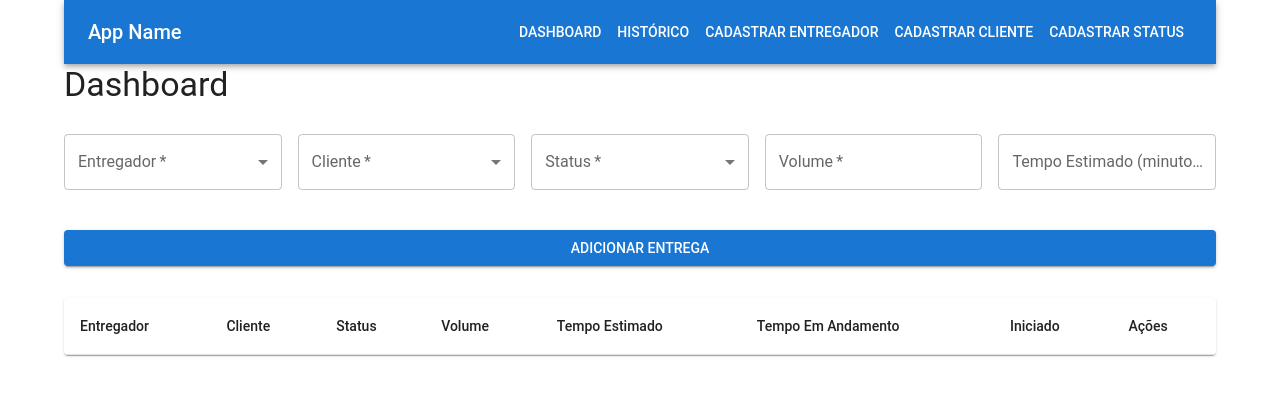
Repository: feliperanon/mobilegestao
Page: /dashboard (app in frontend/)
These files come from the project's save history. The page is drawn as it stood at one moment and after the next save; the edit follows.
The browser window is 1280 px wide. The pictures show the whole page.
The page's requests for data from a server got no answer. The project was rebuilt for these pictures with package versions that can differ from the ones it lists, and the page was loaded fresh each time. No one was signed in, and anything a server would have sent is missing. Also part of the build but not shown: frontend/webpack.config.js, frontend/src/pages/Home.js, frontend/src/pages/History.js, frontend/src/pages/Analysis.js, frontend/src/components/Login.js, frontend/src/components/Register.js, frontend/src/components/AddEntregador.js, frontend/src/components/AddCliente.js and 1 more.

Above is the page before, as saved 2024-07-14 21:43:06.

After the next save:
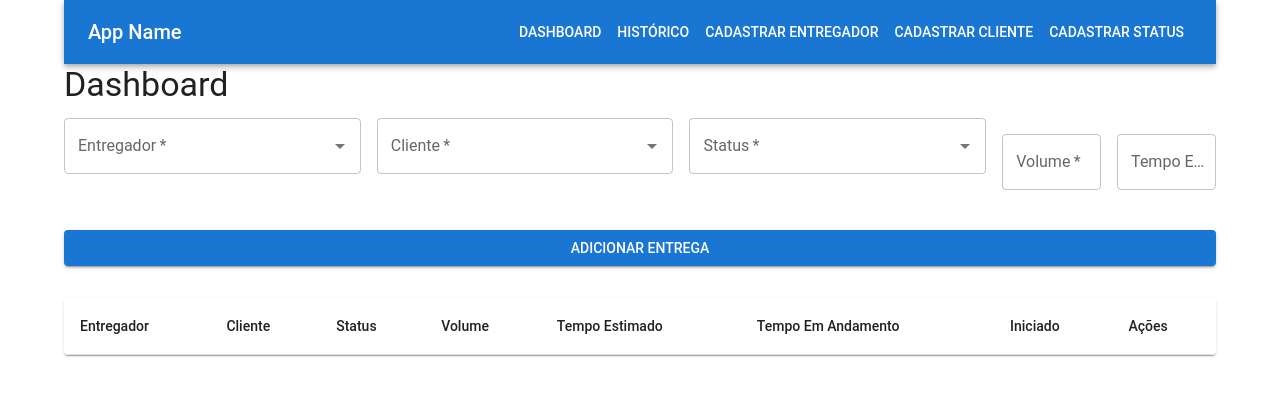
Saved 3 min 19 s later.
--- a/frontend/src/components/Dashboard.js
+++ b/frontend/src/components/Dashboard.js
@@ -13,13 +13,13 @@
   TableHead,
   TableRow,
   Paper,
-  MenuItem,
   IconButton,
   Dialog,
   DialogActions,
   DialogContent,
   DialogContentText,
   DialogTitle,
+  Autocomplete,
 } from '@mui/material';
 import EditIcon from '@mui/icons-material/Edit';
 import DeleteIcon from '@mui/icons-material/Delete';
@@ -31,9 +31,9 @@
   const [entregadores, setEntregadores] = useState([]);
   const [clientes, setClientes] = useState([]);
   const [statusList, setStatusList] = useState([]);
-  const [entregador, setEntregador] = useState('');
-  const [cliente, setCliente] = useState('');
-  const [status, setStatus] = useState('');
+  const [entregador, setEntregador] = useState(null);
+  const [cliente, setCliente] = useState([]);
+  const [status, setStatus] = useState(null);
   const [volume, setVolume] = useState('');
   const [tempoEstimado, setTempoEstimado] = useState('');
   const [editDialogOpen, setEditDialogOpen] = useState(false);
@@ -77,9 +77,9 @@
     e.preventDefault();
     try {
       const res = await axios.post('http://localhost:5008/api/deliveries', {
-        entregador,
-        cliente,
-        status,
+        entregador: entregador.nome,
+        cliente: cliente.map(cli => cli.nome),
+        status: status.nome,
         volume,
         tempoEstimado,
       });
@@ -87,9 +87,9 @@
         ...res.data,
         tempoEmAndamento: 0
       }, ...deliveries]);
-      setEntregador('');
-      setCliente('');
-      setStatus('');
+      setEntregador(null);
+      setCliente([]);
+      setStatus(null);
       setVolume('');
       setTempoEstimado('');
     } catch (err) {
@@ -152,54 +152,31 @@
         Dashboard
       </Typography>
       <Box component="form" onSubmit={handleSubmit} sx={{ mb: 4, display: 'flex', flexDirection: 'row', flexWrap: 'wrap', gap: 2 }}>
-        <TextField
-          select
-          label="Entregador"
+        <Autocomplete
+          options={entregadores}
+          getOptionLabel={(option) => option.nome}
           value={entregador}
-          onChange={(e) => setEntregador(e.target.value)}
-          fullWidth
-          required
-          margin="normal"
-          sx={{ flex: 1 }}
-        >
-          {entregadores.map((ent) => (
-            <MenuItem key={ent._id} value={ent.nome}>
-              {ent.nome}
-            </MenuItem>
-          ))}
-        </TextField>
-        <TextField
-          select
-          label="Cliente"
+          onChange={(e, newValue) => setEntregador(newValue)}
+          renderInput={(params) => <TextField {...params} label="Entregador" required fullWidth />}
+          sx={{ flex: 1.5 }}
+        />
+        <Autocomplete
+          multiple
+          options={clientes}
+          getOptionLabel={(option) => option.nome}
           value={cliente}
-          onChange={(e) => setCliente(e.target.value)}
-          fullWidth
-          required
-          margin="normal"
-          sx={{ flex: 1 }}
-        >
-          {clientes.map((cli) => (
-            <MenuItem key={cli._id} value={cli.nome}>
-              {cli.nome}
-            </MenuItem>
-          ))}
-        </TextField>
-        <TextField
-          select
-          label="Status"
+          onChange={(e, newValue) => setCliente(newValue)}
+          renderInput={(params) => <TextField {...params} label="Cliente" required fullWidth />}
+          sx={{ flex: 1.5 }}
+        />
+        <Autocomplete
+          options={statusList}
+          getOptionLabel={(option) => option.nome}
           value={status}
-          onChange={(e) => setStatus(e.target.value)}
-          fullWidth
-          required
-          margin="normal"
-          sx={{ flex: 1 }}
-        >
-          {statusList.map((stat) => (
-            <MenuItem key={stat._id} value={stat.nome}>
-              {stat.nome}
-            </MenuItem>
-          ))}
-        </TextField>
+          onChange={(e, newValue) => setStatus(newValue)}
+          renderInput={(params) => <TextField {...params} label="Status" required fullWidth />}
+          sx={{ flex: 1.5 }}
+        />
         <TextField
           label="Volume"
           type="number"
@@ -208,7 +185,7 @@
           fullWidth
           required
           margin="normal"
-          sx={{ flex: 1 }}
+          sx={{ flex: 0.5 }}
         />
         <TextField
           label="Tempo Estimado (minutos)"
@@ -218,7 +195,7 @@
           fullWidth
           required
           margin="normal"
-          sx={{ flex: 1 }}
+          sx={{ flex: 0.5 }}
         />
         <Button type="submit" variant="contained" color="primary" sx={{ mt: 2, flexBasis: '100%' }}>
           Adicionar Entrega
@@ -242,7 +219,7 @@
             {deliveries.map((delivery) => (
               <TableRow key={delivery._id}>
                 <TableCell>{delivery.entregador}</TableCell>
-                <TableCell>{delivery.cliente}</TableCell>
+                <TableCell>{delivery.cliente.join(', ')}</TableCell>
                 <TableCell>{delivery.status}</TableCell>
                 <TableCell>{delivery.volume}</TableCell>
                 <TableCell>{delivery.tempoEstimado}</TableCell>
@@ -269,21 +246,13 @@
         <DialogTitle>Editar Entregador</DialogTitle>
         <DialogContent>
           <DialogContentText>Selecione um novo entregador para a entrega.</DialogContentText>
-          <TextField
-            select
-            label="Entregador"
+          <Autocomplete
+            options={entregadores}
+            getOptionLabel={(option) => option.nome}
             value={editEntregador}
-            onChange={(e) => setEditEntregador(e.target.value)}
-            fullWidth
-            required
-            margin="normal"
-          >
-            {entregadores.map((ent) => (
-              <MenuItem key={ent._id} value={ent.nome}>
-                {ent.nome}
-              </MenuItem>
-            ))}
-          </TextField>
+            onChange={(e, newValue) => setEditEntregador(newValue)}
+            renderInput={(params) => <TextField {...params} label="Entregador" required fullWidth />}
+          />
         </DialogContent>
         <DialogActions>
           <Button onClick={closeEditDialog}>Cancelar</Button>

After the save that followed:
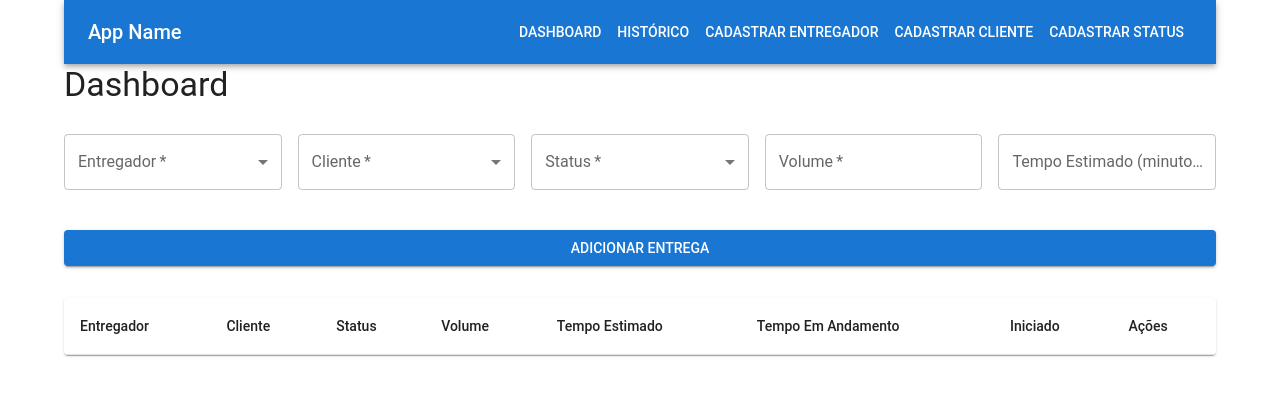
Saved 39 s later.
--- a/frontend/src/components/Dashboard.js
+++ b/frontend/src/components/Dashboard.js
@@ -13,13 +13,13 @@
   TableHead,
   TableRow,
   Paper,
+  MenuItem,
   IconButton,
   Dialog,
   DialogActions,
   DialogContent,
   DialogContentText,
   DialogTitle,
-  Autocomplete,
 } from '@mui/material';
 import EditIcon from '@mui/icons-material/Edit';
 import DeleteIcon from '@mui/icons-material/Delete';
@@ -31,9 +31,9 @@
   const [entregadores, setEntregadores] = useState([]);
   const [clientes, setClientes] = useState([]);
   const [statusList, setStatusList] = useState([]);
-  const [entregador, setEntregador] = useState(null);
-  const [cliente, setCliente] = useState([]);
-  const [status, setStatus] = useState(null);
+  const [entregador, setEntregador] = useState('');
+  const [cliente, setCliente] = useState('');
+  const [status, setStatus] = useState('');
   const [volume, setVolume] = useState('');
   const [tempoEstimado, setTempoEstimado] = useState('');
   const [editDialogOpen, setEditDialogOpen] = useState(false);
@@ -77,9 +77,9 @@
     e.preventDefault();
     try {
       const res = await axios.post('http://localhost:5008/api/deliveries', {
-        entregador: entregador.nome,
-        cliente: cliente.map(cli => cli.nome),
-        status: status.nome,
+        entregador,
+        cliente,
+        status,
         volume,
         tempoEstimado,
       });
@@ -87,9 +87,9 @@
         ...res.data,
         tempoEmAndamento: 0
       }, ...deliveries]);
-      setEntregador(null);
-      setCliente([]);
-      setStatus(null);
+      setEntregador('');
+      setCliente('');
+      setStatus('');
       setVolume('');
       setTempoEstimado('');
     } catch (err) {
@@ -152,31 +152,54 @@
         Dashboard
       </Typography>
       <Box component="form" onSubmit={handleSubmit} sx={{ mb: 4, display: 'flex', flexDirection: 'row', flexWrap: 'wrap', gap: 2 }}>
-        <Autocomplete
-          options={entregadores}
-          getOptionLabel={(option) => option.nome}
+        <TextField
+          select
+          label="Entregador"
           value={entregador}
-          onChange={(e, newValue) => setEntregador(newValue)}
-          renderInput={(params) => <TextField {...params} label="Entregador" required fullWidth />}
-          sx={{ flex: 1.5 }}
-        />
-        <Autocomplete
-          multiple
-          options={clientes}
-          getOptionLabel={(option) => option.nome}
+          onChange={(e) => setEntregador(e.target.value)}
+          fullWidth
+          required
+          margin="normal"
+          sx={{ flex: 1 }}
+        >
+          {entregadores.map((ent) => (
+            <MenuItem key={ent._id} value={ent.nome}>
+              {ent.nome}
+            </MenuItem>
+          ))}
+        </TextField>
+        <TextField
+          select
+          label="Cliente"
           value={cliente}
-          onChange={(e, newValue) => setCliente(newValue)}
-          renderInput={(params) => <TextField {...params} label="Cliente" required fullWidth />}
-          sx={{ flex: 1.5 }}
-        />
-        <Autocomplete
-          options={statusList}
-          getOptionLabel={(option) => option.nome}
+          onChange={(e) => setCliente(e.target.value)}
+          fullWidth
+          required
+          margin="normal"
+          sx={{ flex: 1 }}
+        >
+          {clientes.map((cli) => (
+            <MenuItem key={cli._id} value={cli.nome}>
+              {cli.nome}
+            </MenuItem>
+          ))}
+        </TextField>
+        <TextField
+          select
+          label="Status"
           value={status}
-          onChange={(e, newValue) => setStatus(newValue)}
-          renderInput={(params) => <TextField {...params} label="Status" required fullWidth />}
-          sx={{ flex: 1.5 }}
-        />
+          onChange={(e) => setStatus(e.target.value)}
+          fullWidth
+          required
+          margin="normal"
+          sx={{ flex: 1 }}
+        >
+          {statusList.map((stat) => (
+            <MenuItem key={stat._id} value={stat.nome}>
+              {stat.nome}
+            </MenuItem>
+          ))}
+        </TextField>
         <TextField
           label="Volume"
           type="number"
@@ -185,7 +208,7 @@
           fullWidth
           required
           margin="normal"
-          sx={{ flex: 0.5 }}
+          sx={{ flex: 1 }}
         />
         <TextField
           label="Tempo Estimado (minutos)"
@@ -195,7 +218,7 @@
           fullWidth
           required
           margin="normal"
-          sx={{ flex: 0.5 }}
+          sx={{ flex: 1 }}
         />
         <Button type="submit" variant="contained" color="primary" sx={{ mt: 2, flexBasis: '100%' }}>
           Adicionar Entrega
@@ -219,7 +242,7 @@
             {deliveries.map((delivery) => (
               <TableRow key={delivery._id}>
                 <TableCell>{delivery.entregador}</TableCell>
-                <TableCell>{delivery.cliente.join(', ')}</TableCell>
+                <TableCell>{delivery.cliente}</TableCell>
                 <TableCell>{delivery.status}</TableCell>
                 <TableCell>{delivery.volume}</TableCell>
                 <TableCell>{delivery.tempoEstimado}</TableCell>
@@ -246,13 +269,21 @@
         <DialogTitle>Editar Entregador</DialogTitle>
         <DialogContent>
           <DialogContentText>Selecione um novo entregador para a entrega.</DialogContentText>
-          <Autocomplete
-            options={entregadores}
-            getOptionLabel={(option) => option.nome}
+          <TextField
+            select
+            label="Entregador"
             value={editEntregador}
-            onChange={(e, newValue) => setEditEntregador(newValue)}
-            renderInput={(params) => <TextField {...params} label="Entregador" required fullWidth />}
-          />
+            onChange={(e) => setEditEntregador(e.target.value)}
+            fullWidth
+            required
+            margin="normal"
+          >
+            {entregadores.map((ent) => (
+              <MenuItem key={ent._id} value={ent.nome}>
+                {ent.nome}
+              </MenuItem>
+            ))}
+          </TextField>
         </DialogContent>
         <DialogActions>
           <Button onClick={closeEditDialog}>Cancelar</Button>
